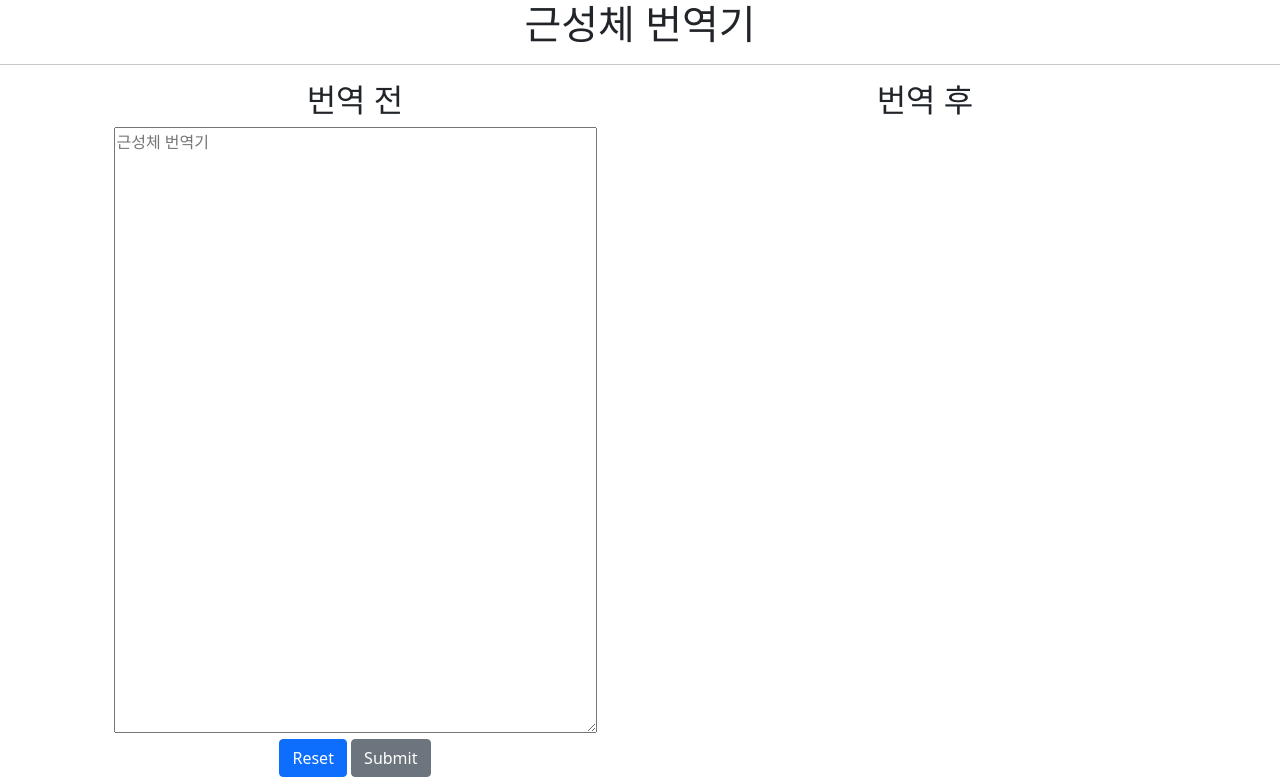
Repository: mickey530/jsp_practice
Page: http://localhost/JSPBasic/sungmo_send.jsp
The author's editor kept a copy of each file at every save. The page is drawn from the files as they stood at one save, then again after the next save.
The browser window is 1280 px wide. The pictures show the whole page.
The page is served by Tomcat 9.

Above is the page before, as saved 2022-02-03 12:04:38.

After the next save:
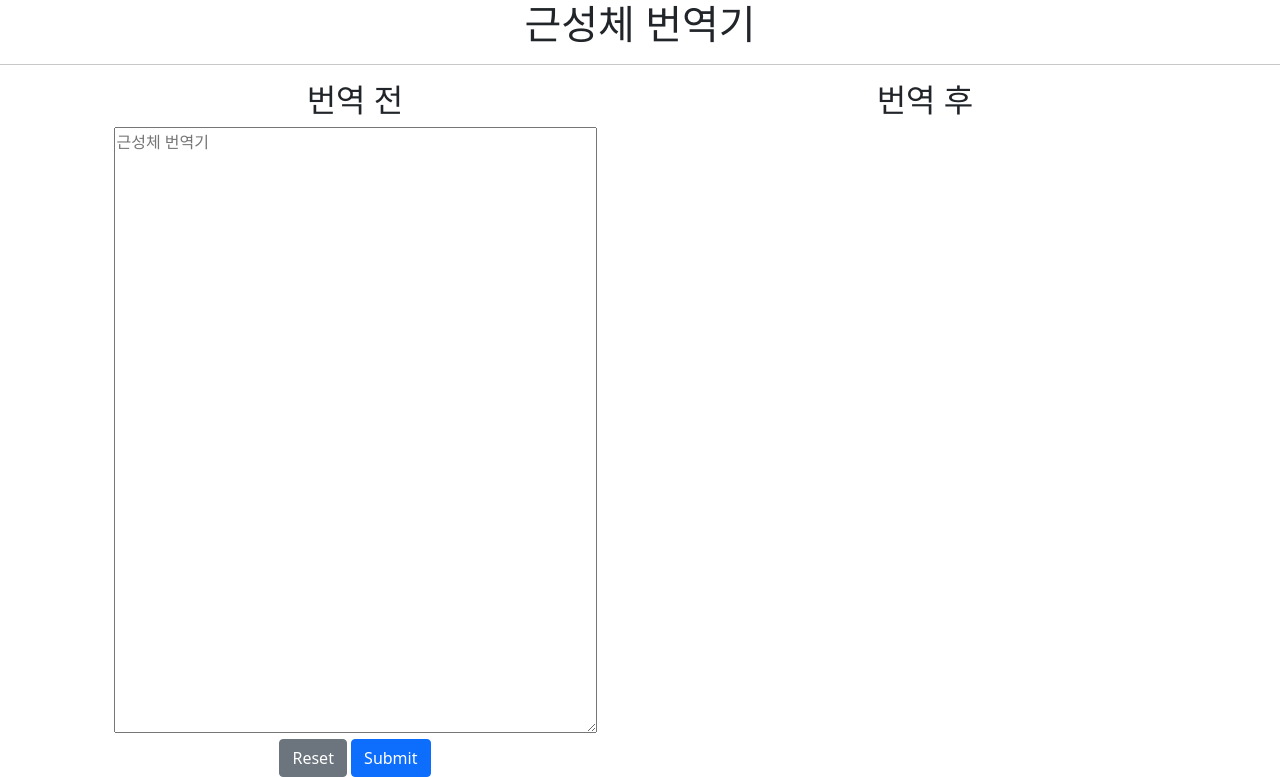
Saved 37 s later.
--- a/JSPBasic/src/main/webapp/sungmo_send.jsp
+++ b/JSPBasic/src/main/webapp/sungmo_send.jsp
@@ -28,8 +28,8 @@
 			<h2>번역 전</h2>
 			<form action="sungmo_getpost.jsp" method="get" style="text-align:center">
 				<textarea name="text" placeholder="근성체 번역기" rows="25" cols="50"></textarea><br/>
-				<input type="reset" class="btn btn-primary"/>
-				<input type="submit" class="btn btn-secondary"/>
+				<input type="reset" class="btn btn-secondary"/>
+				<input type="submit" class="btn btn-primary"/>
 			</form>
 		</div>
 
